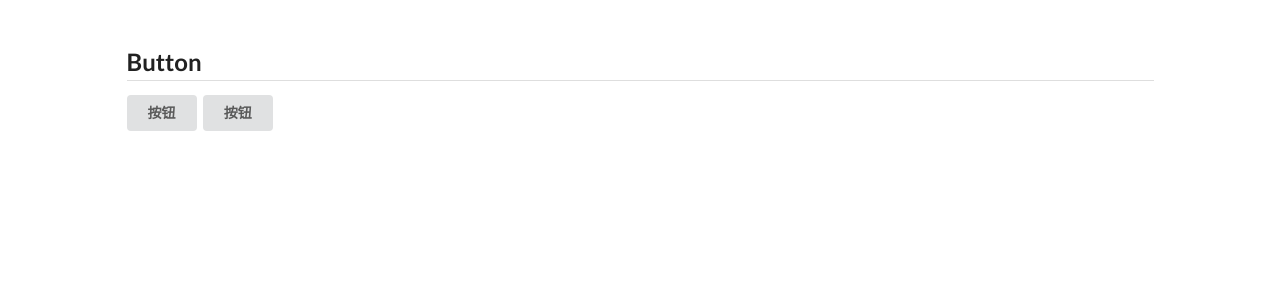
Repository: GOGOHQ/myblog
Page: index.html
These files come from the project's save history. The page is drawn as it stood at one moment and after the next save; the edit follows.
The browser window is 1280 px wide. The pictures show the whole page.
Some web libraries are served in a nearby version.

Above is the page before, as saved 2020-01-16 12:56:06.

### index.html
<!DOCTYPE html>
<html lang="en">

<head>
    <meta charset="UTF-8">
    <meta name="viewport" content="width=device-width, inital-scale=1.0">
    <title>首页</title>
    <link rel="stylesheet" href="https://cdn.jsdelivr.net/semantic-ui/2.2.4/semantic.min.css">
    <script src="https://cdn.jsdelivr.net/npm/jquery@3.2/dist/jqurey.min.js"></script>
    <script src="https://cdn.jsdelivr.net/semantic-ui/2.2.4/semantic.min.js"></script>
</head>

<body>
<div class="ui container" style="padding:50px">
    <h2 class="ui dividing header">Button</h2>
    <button class="ui button">按钮</button>
    <button class="ui button">按钮</button>
</div>


</body>


</html>

After the next save:
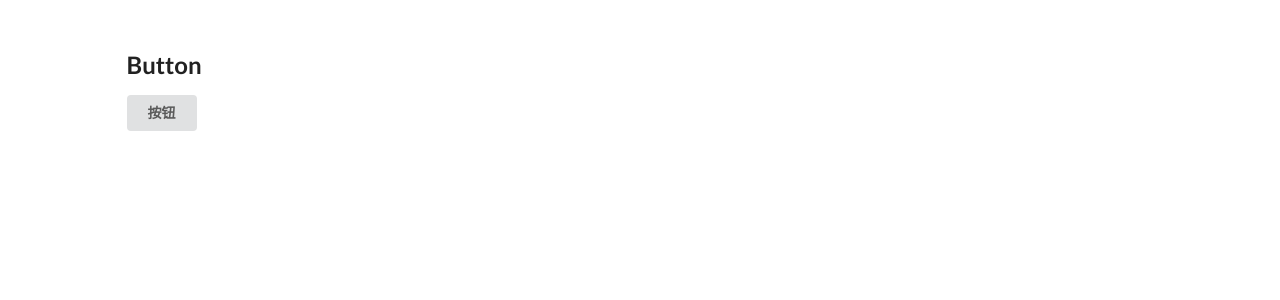
Saved 7 s later.
--- a/index.html
+++ b/index.html
@@ -12,8 +12,7 @@
 
 <body>
 <div class="ui container" style="padding:50px">
-    <h2 class="ui dividing header">Button</h2>
-    <button class="ui button">按钮</button>
+    <h2 class="ui dividing ">Button</h2>
     <button class="ui button">按钮</button>
 </div>
 
